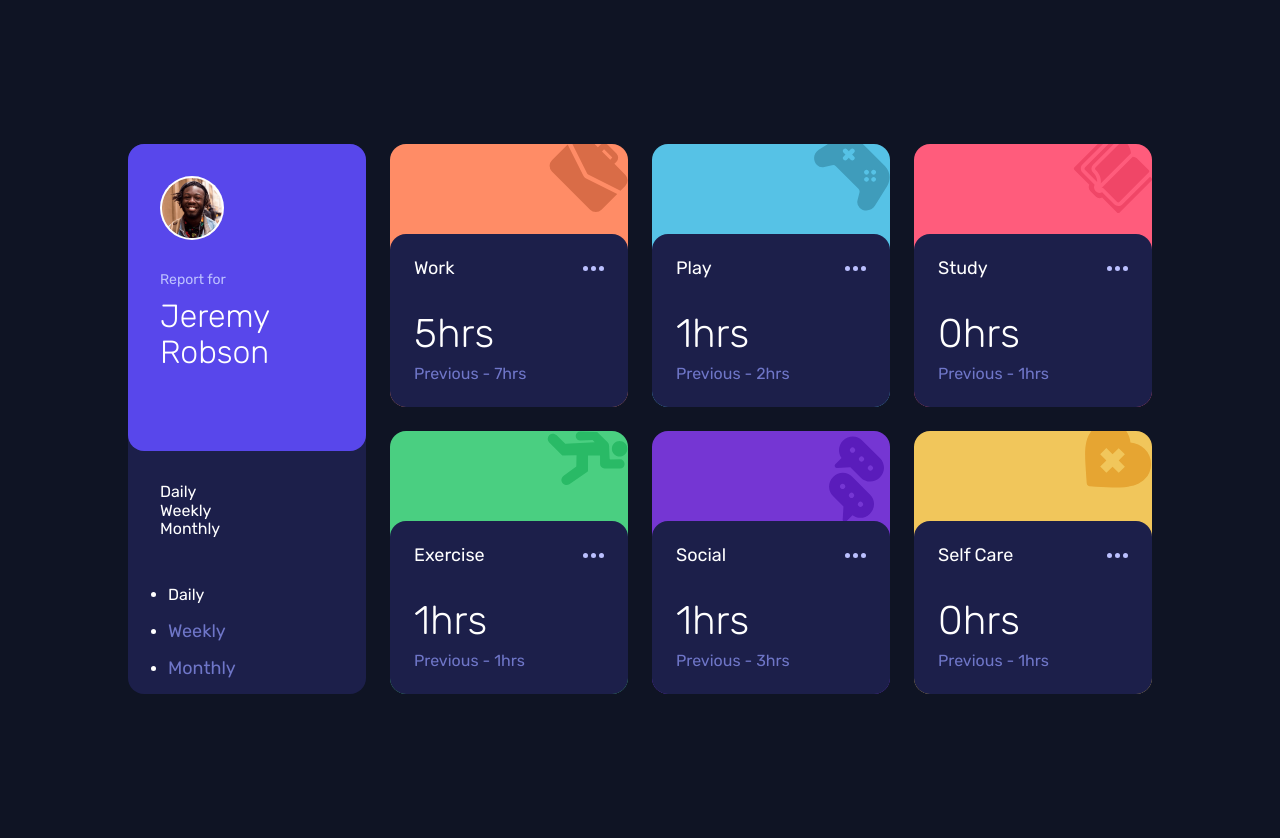
Repository: Jay-JYKim91/FM_time-tracking-dashboard
Page: index.html
The author's editor kept a copy of each file at every save. The page is drawn from the files as they stood at one save, then again after the next save.
The browser window is 1280 px wide. The pictures show the whole page.

Above is the page before, as saved 2021-12-16 12:58:14.

After the next save:
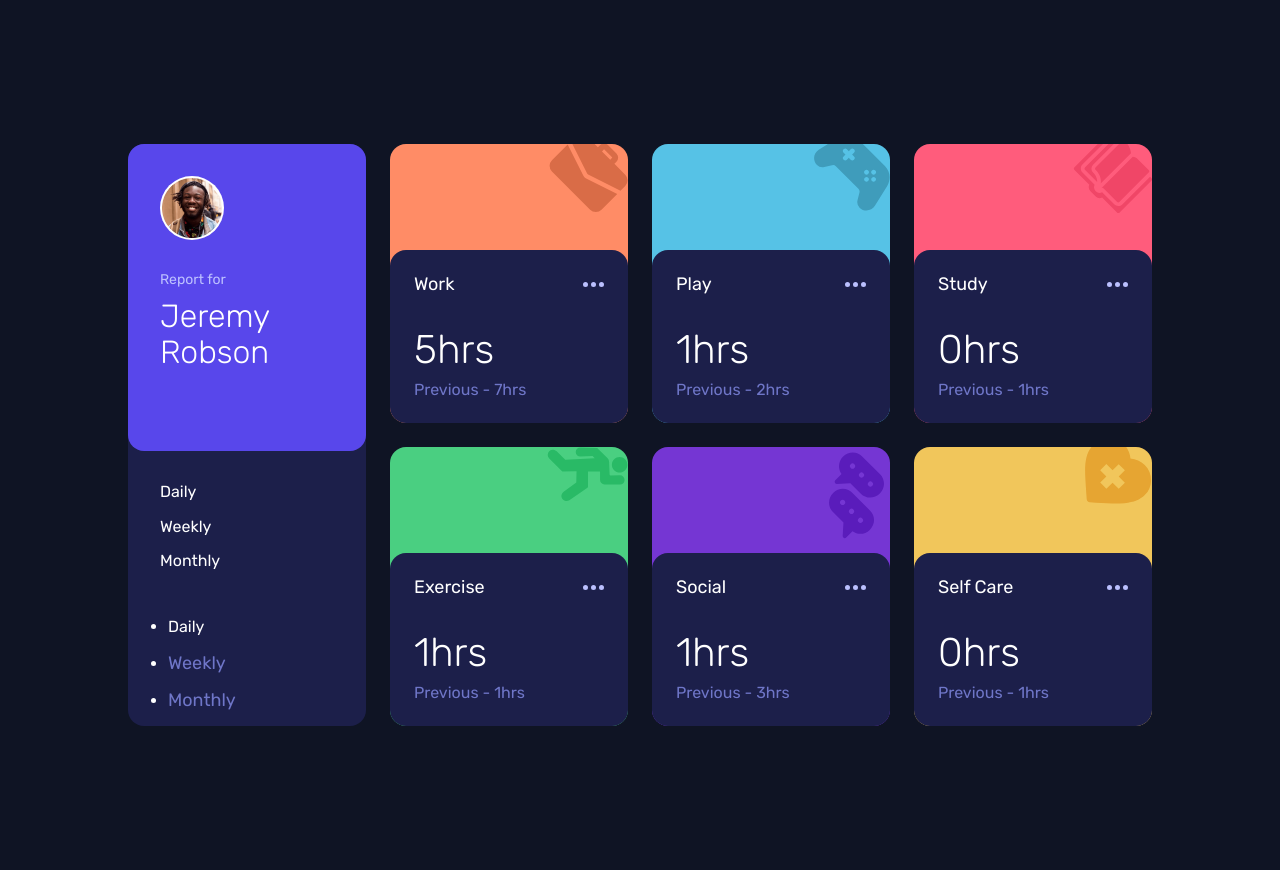
Saved 2 min 11 s later.
--- a/style.css
+++ b/style.css
@@ -47,6 +47,7 @@ p {
 .option {
   display: grid;
   padding: 2em;
+  grid-gap: 1em;
 }
 .option input[type="radio"] {
   display: none;
